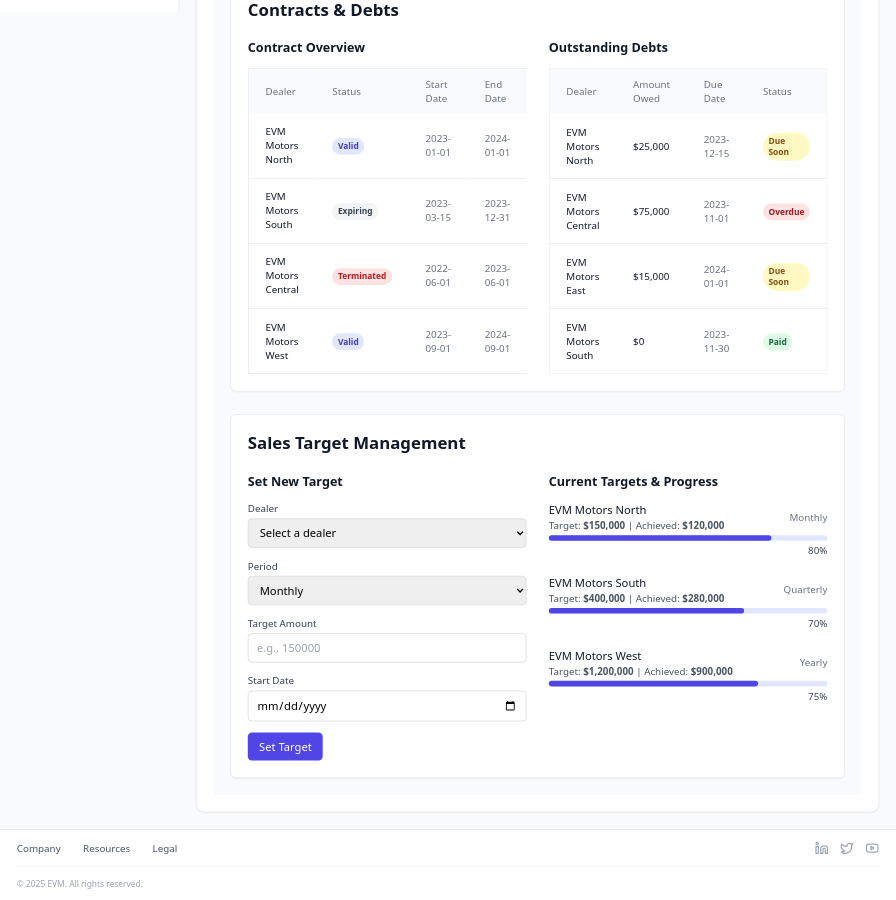
Repository: LeHuyVuu/ev-management-frontend
Page: /evm/dealer-management
An editor plug-in stored every save of this project. The page is shown before and after the next save, followed by the edit.
The browser window is 1280 px wide. The pictures show the part of the page from y = 772 to 2692 px (the page is 2058 px tall before and 2692 px after), at 70% of full size.
Some web libraries are served in a nearby version. The project was rebuilt for these pictures with package versions that can differ from the ones it lists, and the page was loaded fresh each time. Also part of the build but not shown: vite.config.js, src/app/layouts/Header/DealerHeader.jsx, src/app/layouts/Footer/DealerFooter.jsx, src/app/layouts/Sidebar/DealerSidebar.jsx, src/app/layouts/DealerLayout.jsx, src/app/pages/Dealer/Manager Dealer/components/DashboardStats.jsx, src/app/pages/Dealer/Manager Dealer/components/MonthlyRevenueChart.jsx, src/app/pages/Dealer/Manager Dealer/components/EmployeeSalesTable.jsx and 34 more.

Above is the page before, as saved 2025-09-12 23:06:30.

### index.html
<!doctype html>
<html lang="en">
  <head>
    <meta charset="UTF-8" />
    <link rel="icon" type="image/svg+xml" href="/vite.svg" />
    <meta name="viewport" content="width=device-width, initial-scale=1.0" />
    <title>EVM Management</title>

  </head>
  <body>
    <div id="root"></div>
    <!-- <script
    chatbot_id="67f338a43d319e46ed036565"
    data-type="default"
    src="https://app.thinkstack.ai/bot/thinkstackai-loader.min.js"
></script> -->
<!-- <script
    chatbot_id="67f338a43d319e46ed036565"
    data-type="bar"
    src="https://app.thinkstack.ai/bot/thinkstackai-loader.min.js"
></script> -->
    <script type="module" src="/src/main.jsx"></script>
    <script src="https://kit.fontawesome.com/16c10ca00e.js" crossorigin="anonymous"></script>
  </body>
</html>

### src/main.jsx
import { createRoot } from "react-dom/client";
import "./index.css";
import MainRoutes from "./app/routes/MainRoutes.jsx";
import "primereact/resources/themes/lara-light-blue/theme.css"; // Chủ đề sáng
import "primereact/resources/primereact.min.css"; /* Core CSS */
import "primeicons/primeicons.css"; /* Bộ Icon */
import { GoogleOAuthProvider } from "@react-oauth/google"; // Đảm bảo import GoogleOAuthProvider từ thư viện đúng

createRoot(document.getElementById("root")).render(
    <GoogleOAuthProvider clientId="257452836877-l7ghjn62nmjeclg33uj2q39g8fqr96v0.apps.googleusercontent.com">
      <MainRoutes />
    </GoogleOAuthProvider>
);

### src/index.css
@tailwind base;
@tailwind components;
@tailwind utilities;



body {
    overflow-x: hidden;
  }

### src/app/routes/MainRoutes.jsx
import { BrowserRouter, Routes, Route } from "react-router-dom";

// Layouts
import DealerLayout from "../layouts/DealerLayout";
import EVMLayout from "../layouts/EVMLayout";

// Dealer pages
import ManagerDashboard from "../pages/Dealer/Manager Dealer/ManagerDashboard";
import ContractManagement from "../pages/Dealer/Staff Dealer/Contact/ContractManagement";
import CustomerCRM from "../pages/Dealer/Staff Dealer/Customer CRM/CustomerCRM";
import DeliveryTracking from "../pages/Dealer/Staff Dealer/Delivery Tracking/DeliveryTracking";
import DriverSchedule from "../pages/Dealer/Staff Dealer/Driver Schedule/DriverSchedule";
import QuoteManagement from "../pages/Dealer/Staff Dealer/Quote Management/QuoteManagement";
import VehicleAllocation from "../pages/Dealer/Staff Dealer/Vehicle Allocation/VehicleAllocation";
import VehicleManagement from "../pages/Dealer/Staff Dealer/Vehicle Management/VehicleManagement";

// EVM pages
import ProductDistribution from "../pages/EVM/ProductDistribution/ProductDistribution";
import DealerManagement from "../pages/EVM/DealerManagement/DealerManagement";
import ReportsAnalytics from "../pages/EVM/ReportsAnalytics/ReportsAnalytics";
import SystemAdministration from "../pages/EVM/System Administration/SystemAdministraion";
import StaffController from "../pages/EVM/StaffController/StaffController";

// 🚫 Tạm thời vô hiệu hóa Auth để test
// import Authentication from "../pages/Authentication/Authentication";

const MainRoutes = () => {
  return (
    <BrowserRouter>
      <Routes>
        {/* 🚫 Tạm thời tắt login redirect & trang login */}
        {/*
        <Route path="/" element={<Navigate to="/login" replace />} />
        <Route path="/login" element={<Authentication />} />
        */}

        {/* Dealer group */}
        <Route path="/dealer" element={<DealerLayout />}>
          <Route path="contact" element={<ContractManagement />} />
          <Route path="customer-crm" element={<CustomerCRM />} />
          <Route path="delivery-tracking" element={<DeliveryTracking />} />
          <Route path="driver-schedule" element={<DriverSchedule />} />
          <Route path="quote-management" element={<QuoteManagement />} />
          <Route path="vehicle-allocation" element={<VehicleAllocation />} />
          <Route path="vehicle-management" element={<VehicleManagement />} />
        </Route>

        {/* EVM group */}
        <Route path="/evm" element={<EVMLayout />}>
          <Route path="product-distribution" element={<ProductDistribution />} />
          <Route path="dealer-management" element={<DealerManagement />} />
          <Route path="reports-analytics" element={<ReportsAnalytics />} />
          <Route path="system-administration" element={<SystemAdministration />} />
          <Route path="staff-controller" element={<StaffController />} />
        </Route>

        {/* 404 fallback */}
        <Route path="*" element={<div className="p-6">Not Found</div>} />
        <Route path="/dealer/manager" element={<ManagerDashboard />} />
      </Routes>
    </BrowserRouter>
  );
};

export default MainRoutes;

### src/app/layouts/EVMLayout.jsx
import { Outlet } from "react-router-dom";
import Sidebar from "./Sidebar/EVMSidebar";
import EVMHeader from "./Header/EVMHeader";
import EVMFooter from "./Footer/EVMFooter";

const EVMLayout = () => {
  return (
    <div className="min-h-screen flex flex-col bg-gray-50">
      {/* Header */}
      <EVMHeader />

      {/* Nội dung chính chia 2 cột: Sidebar + Content */}
      <div className="flex flex-1">
        <Sidebar />
        <main className="flex-1 p-6">
          <div className="bg-white rounded-xl shadow-sm border border-gray-200 p-6">
            <Outlet />
          </div>
        </main>
      </div>

      {/* Footer */}
      <EVMFooter />
    </div>
  );
};

export default EVMLayout;

### src/app/pages/EVM/DealerManagement/DealerManagement.jsx
import React from "react";
import DealerAccounts from "./components/DealerAccounts";
import ContractsAndDebts from "./components/ContractsAndDebts";
import SalesTargets from "./components/SalesTargets";

function DealerManagement() {
  return (
    <div className="min-h-screen bg-gray-50">
      <div className="flex">
        <main className="flex-1 p-6 space-y-8">
          {/* Dealer Accounts Section */}
          <DealerAccounts />

          {/* Contracts & Debts Section */}
          <ContractsAndDebts />

          {/* Sales Targets Section */}
          <SalesTargets />
        </main>
      </div>
    </div>
  );
}

export default DealerManagement;

### src/app/layouts/Sidebar/EVMSidebar.jsx
import React, { useState } from 'react';
import {
  ChevronDown,
  ChevronRight,
  Package,
  Users,
  BarChart3,
  Settings,
  FileText,
  Percent,
  Gift,
  UserCheck,
  FileBarChart,
  Target,
  TrendingUp,
  Package2,
  Brain,
  UserCog,
  Shield,
  LayoutDashboard, // 👈 icon mới cho Staff Control
} from 'lucide-react';

const menuItems = [
  {
    id: 'staff',
    label: 'Staff Control',
    icon: <LayoutDashboard className="w-4 h-4" />,
    children: [
      { label: 'Dashboard', icon: <LayoutDashboard className="w-4 h-4" /> },
      { label: 'EV Models', icon: <Package className="w-4 h-4" /> },
      { label: 'Dealer Inventory', icon: <Users className="w-4 h-4" /> },
      { label: 'Distribution Orders', icon: <FileText className="w-4 h-4" /> },
    ]
  },
  {
    id: 'products',
    label: 'Products & Distribution',
    icon: <Package className="w-4 h-4" />,
    children: [
      { label: 'Wholesale Price', icon: <FileText className="w-4 h-4" /> },
      { label: 'Discount Policy', icon: <Percent className="w-4 h-4" /> },
      { label: 'Promotion', icon: <Gift className="w-4 h-4" /> }
    ]
  },
  {
    id: 'dealers',
    label: 'Dealers',
    icon: <Users className="w-4 h-4" />,
    children: [
      { label: 'Dealer Accounts', icon: <UserCheck className="w-4 h-4" /> },
      { label: 'Contracts & Debts', icon: <FileBarChart className="w-4 h-4" /> },
      { label: 'Sales Targets', icon: <Target className="w-4 h-4" /> }
    ]
  },
  {
    id: 'reports',
    label: 'Reports & Analytics',
    icon: <BarChart3 className="w-4 h-4" />,
    children: [
      { label: 'Sales Report', icon: <TrendingUp className="w-4 h-4" /> },
      { label: 'Inventory & Speed', icon: <Package2 className="w-4 h-4" /> },
      { label: 'AI Forecast', icon: <Brain className="w-4 h-4" /> }
    ]
  },
  {
    id: 'system',
    label: 'System Administration',
    icon: <Settings className="w-4 h-4" />,
    children: [
      { label: 'User Management', icon: <UserCog className="w-4 h-4" /> },
      { label: 'Role & Access', icon: <Shield className="w-4 h-4" /> }
    ]
  }
];

const Sidebar = () => {
  const [expandedItems, setExpandedItems] = useState(new Set());

  const toggleExpanded = (itemId) => {
    const newExpanded = new Set(expandedItems);
    if (newExpanded.has(itemId)) {
      newExpanded.delete(itemId);
    } else {
      newExpanded.add(itemId);
    }
    setExpandedItems(newExpanded);
  };

  return (
    <div className="w-64 h-screen bg-white border-r border-gray-200 flex flex-col">
      {/* Header */}
      <div className="px-4 py-6 border-b border-gray-100">
        <h2 className="text-xs font-semibold text-gray-500 tracking-wide uppercase">
          MANAGEMENT
        </h2>
      </div>

      {/* Menu Items */}
      <nav className="flex-1 px-2 py-4 space-y-1">
        {menuItems.map((item) => (
          <div key={item.id}>
            {/* Main Menu Item */}
            <button
              onClick={() => toggleExpanded(item.id)}
              className="w-full flex items-center justify-between px-3 py-2.5 text-left text-sm font-medium text-gray-700 hover:bg-gray-50 hover:text-gray-900 rounded-md transition-colors duration-150 ease-in-out group"
            >
              <div className="flex items-center space-x-3">
                <span className="text-gray-400 group-hover:text-gray-500">
                  {item.icon}
                </span>
                <span>{item.label}</span>
              </div>
              {item.children && (
                <span className="text-gray-400 group-hover:text-gray-500">
                  {expandedItems.has(item.id) ? (
                    <ChevronDown className="w-4 h-4" />
                  ) : (
                    <ChevronRight className="w-4 h-4" />
                  )}
                </span>
              )}
            </button>

            {/* Submenu Items */}
            {item.children && expandedItems.has(item.id) && (
              <div className="ml-4 mt-1 space-y-1">
                {item.children.map((child, index) => (
                  <button
                    key={index}
                    className="w-full flex items-center space-x-3 px-3 py-2 text-left text-sm text-gray-600 hover:bg-gray-50 hover:text-gray-900 rounded-md transition-colors duration-150 ease-in-out group"
                  >
                    <span className="text-gray-400 group-hover:text-gray-500">
                      {child.icon}
                    </span>
                    <span>{child.label}</span>
                  </button>
                ))}
              </div>
            )}
          </div>
        ))}
      </nav>
    </div>
  );
};

export default Sidebar;

### src/app/layouts/Header/EVMHeader.jsx
import React from 'react';
import { Search, Bell, LogOut } from 'lucide-react';

const Header = () => {
  return (
    <header className="bg-white border-b border-gray-200 px-6 py-4">
      <div className="flex items-center justify-between">
        {/* Logo */}
        <div className="flex items-center space-x-2">
          <div className="text-blue-600 text-2xl font-bold">✱</div>
          <span className="text-xl font-semibold text-gray-800">
            EVM<span className="text-blue-600">Admin</span>Dashboard
          </span>
        </div>

        {/* Right side actions */}
        <div className="flex items-center space-x-4">
          {/* Search */}
          <button className="p-2 text-gray-400 hover:text-gray-600 transition-colors">
            <Search className="w-5 h-5" />
          </button>

          {/* Notifications */}
          <button className="p-2 text-gray-400 hover:text-gray-600 transition-colors relative">
            <Bell className="w-5 h-5" />
            <span className="absolute -top-1 -right-1 w-3 h-3 bg-red-500 rounded-full"></span>
          </button>

          {/* Logout */}
          <button className="flex items-center space-x-2 px-3 py-2 text-gray-600 hover:text-gray-800 hover:bg-gray-50 rounded-md transition-colors">
            <LogOut className="w-4 h-4" />
            <span className="text-sm font-medium">Logout</span>
          </button>

          {/* User Avatar */}
          <div className="w-8 h-8 bg-orange-400 rounded-full flex items-center justify-center">
            <img
              src="https://images.pexels.com/photos/1239291/pexels-photo-1239291.jpeg?auto=compress&cs=tinysrgb&w=32&h=32&fit=crop&crop=face"
              alt="User Avatar"
              className="w-8 h-8 rounded-full object-cover"
            />
          </div>
        </div>
      </div>
    </header>
  );
};

export default Header;

### src/app/layouts/Footer/EVMFooter.jsx
import React from 'react';
import { Linkedin, Twitter, Youtube } from 'lucide-react';

const Footer = () => {
  return (
    <footer className="bg-white border-t border-gray-200 px-6 py-4">
      <div className="flex items-center justify-between">
        {/* Left side - Navigation links */}
        <div className="flex items-center space-x-8">
          <a
            href="#"
            className="text-sm text-gray-600 hover:text-gray-900 transition-colors"
          >
            Company
          </a>
          <a
            href="#"
            className="text-sm text-gray-600 hover:text-gray-900 transition-colors"
          >
            Resources
          </a>
          <a
            href="#"
            className="text-sm text-gray-600 hover:text-gray-900 transition-colors"
          >
            Legal
          </a>
        </div>

        {/* Right side - Social media icons */}
        <div className="flex items-center space-x-4">
          <a
            href="#"
            className="text-gray-400 hover:text-gray-600 transition-colors"
            aria-label="LinkedIn"
          >
            <Linkedin className="w-5 h-5" />
          </a>
          <a
            href="#"
            className="text-gray-400 hover:text-gray-600 transition-colors"
            aria-label="Twitter"
          >
            <Twitter className="w-5 h-5" />
          </a>
          <a
            href="#"
            className="text-gray-400 hover:text-gray-600 transition-colors"
            aria-label="YouTube"
          >
            <Youtube className="w-5 h-5" />
          </a>
        </div>
      </div>

      {/* Bottom text */}
      <div className="mt-4 pt-4 border-t border-gray-100">
        <div className="flex items-center text-xs text-gray-400">
          <span>© 2025 EVM. All rights reserved.</span>
        </div>
      </div>
    </footer>
  );
};

export default Footer;

### src/app/pages/EVM/DealerManagement/components/SalesTargets.jsx
import React from "react";

const SalesTargets = () => {
  const targets = [
    {
      dealer: "EVM Motors North",
      target: 150000,
      achieved: 120000,
      period: "Monthly",
    },
    {
      dealer: "EVM Motors South",
      target: 400000,
      achieved: 280000,
      period: "Quarterly",
    },
    {
      dealer: "EVM Motors West",
      target: 1200000,
      achieved: 900000,
      period: "Yearly",
    },
  ];

  return (
    <div className="bg-white rounded-lg shadow-sm border border-gray-200 p-6">
      <h2 className="text-2xl font-bold text-gray-900 mb-6">
        Sales Target Management
      </h2>

      <div className="grid grid-cols-1 md:grid-cols-2 gap-8">
        {/* Form Set New Target */}
        <div>
          <h3 className="text-lg font-semibold text-gray-900 mb-4">
            Set New Target
          </h3>
          <div className="space-y-4">
            <div>
              <label className="block text-sm font-medium text-gray-700 mb-1">
                Dealer
              </label>
              <select className="w-full px-3 py-2 border border-gray-300 rounded-md focus:ring-2 focus:ring-indigo-500">
                <option>Select a dealer</option>
                <option>EVM Motors North</option>
                <option>EVM Motors South</option>
                <option>EVM Motors Central</option>
                <option>EVM Motors West</option>
              </select>
            </div>
            <div>
              <label className="block text-sm font-medium text-gray-700 mb-1">
                Period
              </label>
              <select className="w-full px-3 py-2 border border-gray-300 rounded-md focus:ring-2 focus:ring-indigo-500">
                <option>Monthly</option>
                <option>Quarterly</option>
                <option>Yearly</option>
              </select>
            </div>
            <div>
              <label className="block text-sm font-medium text-gray-700 mb-1">
                Target Amount
              </label>
              <input
                type="text"
                placeholder="e.g., 150000"
                className="w-full px-3 py-2 border border-gray-300 rounded-md focus:ring-2 focus:ring-indigo-500"
              />
            </div>
            <div>
              <label className="block text-sm font-medium text-gray-700 mb-1">
                Start Date
              </label>
              <input
                type="date"
                className="w-full px-3 py-2 border border-gray-300 rounded-md focus:ring-2 focus:ring-indigo-500"
              />
            </div>
            <div>
              <button className="px-4 py-2 bg-indigo-600 text-white rounded-md hover:bg-indigo-700">
                Set Target
              </button>
            </div>
          </div>
        </div>

        {/* Current Targets & Progress */}
        <div>
          <h3 className="text-lg font-semibold text-gray-900 mb-4">
            Current Targets & Progress
          </h3>
          <div className="space-y-6">
            {targets.map((t, i) => {
              const percent = Math.round((t.achieved / t.target) * 100);
              return (
                <div key={i}>
                  <div className="flex justify-between items-center mb-1">
                    <div>
                      <p className="font-medium text-gray-900">{t.dealer}</p>
                      <p className="text-sm text-gray-600">
                        Target:{" "}
                        <span className="font-semibold">
                          ${t.target.toLocaleString()}
                        </span>{" "}
                        | Achieved:{" "}
                        <span className="font-semibold">
                          ${t.achieved.toLocaleString()}
                        </span>
                      </p>
                    </div>
                    <span className="text-sm text-gray-500">{t.period}</span>
                  </div>
                  <div className="w-full bg-indigo-100 rounded-full h-2">
                    <div
                      className="bg-indigo-600 h-2 rounded-full"
                      style={{ width: `${percent}%` }}
                    ></div>
                  </div>
                  <p className="text-right text-sm font-medium text-gray-700 mt-1">
                    {percent}%
                  </p>
                </div>
              );
            })}
          </div>
        </div>
      </div>
    </div>
  );
};

export default SalesTargets;

Loaded but not shown: tailwind.config.js (15 lines, source omitted); src/app/pages/EVM/DealerManagement/components/OrderDistribution.jsx (176 lines, source omitted); src/app/pages/EVM/DealerManagement/components/ContractsAndDebts.jsx (197 lines, source omitted); src/app/pages/EVM/DealerManagement/components/DealerAccounts.jsx (152 lines, source omitted)

After the next save:
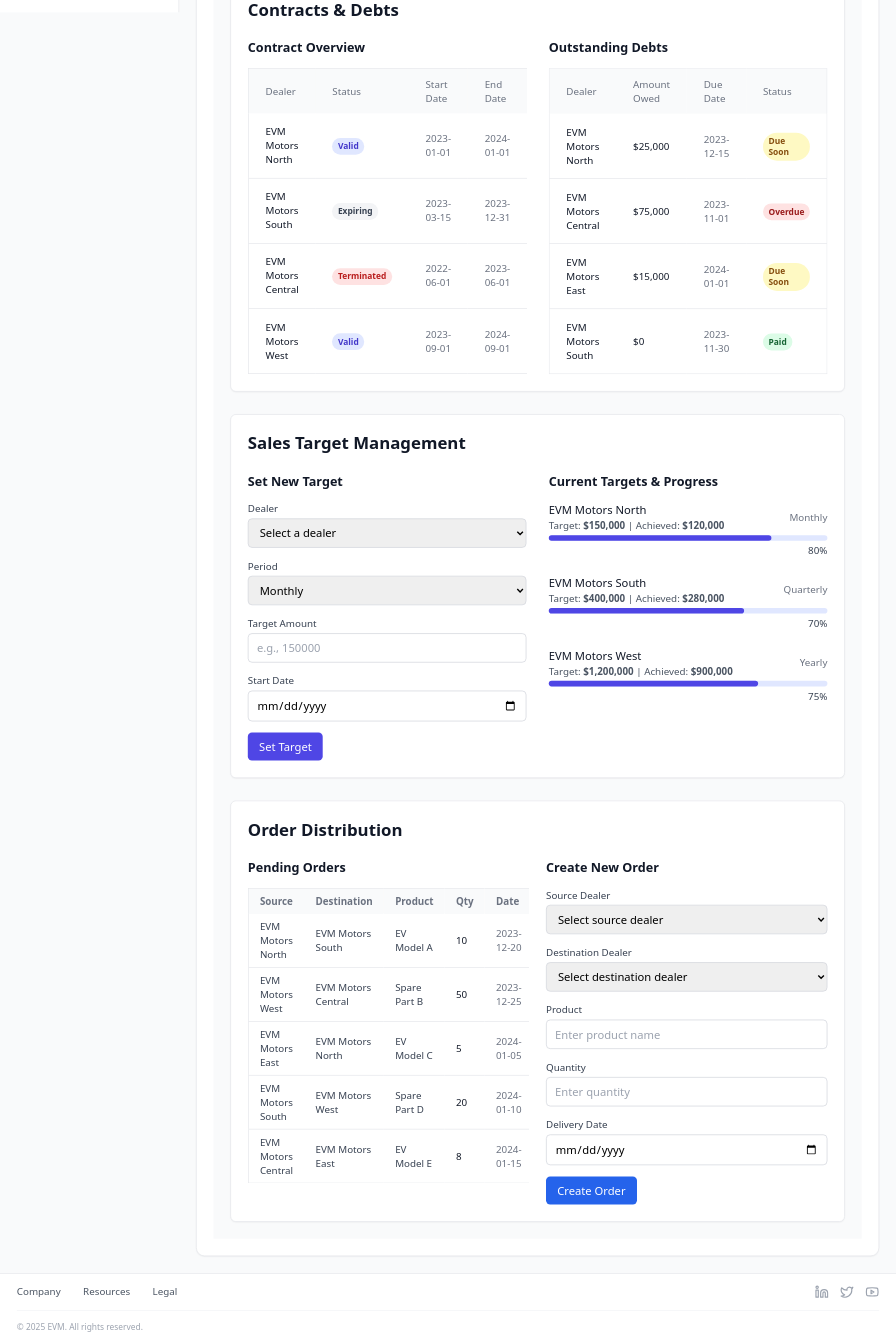
Saved 40 s later.
--- a/src/app/pages/EVM/DealerManagement/DealerManagement.jsx
+++ b/src/app/pages/EVM/DealerManagement/DealerManagement.jsx
@@ -2,6 +2,7 @@ import React from "react";
 import DealerAccounts from "./components/DealerAccounts";
 import ContractsAndDebts from "./components/ContractsAndDebts";
 import SalesTargets from "./components/SalesTargets";
+import OrderDistribution from "./components/OrderDistribution";
 
 function DealerManagement() {
   return (
@@ -16,6 +17,9 @@ function DealerManagement() {
 
           {/* Sales Targets Section */}
           <SalesTargets />
+
+          {/* Order Distribution Section */}
+          <OrderDistribution />
         </main>
       </div>
     </div>
